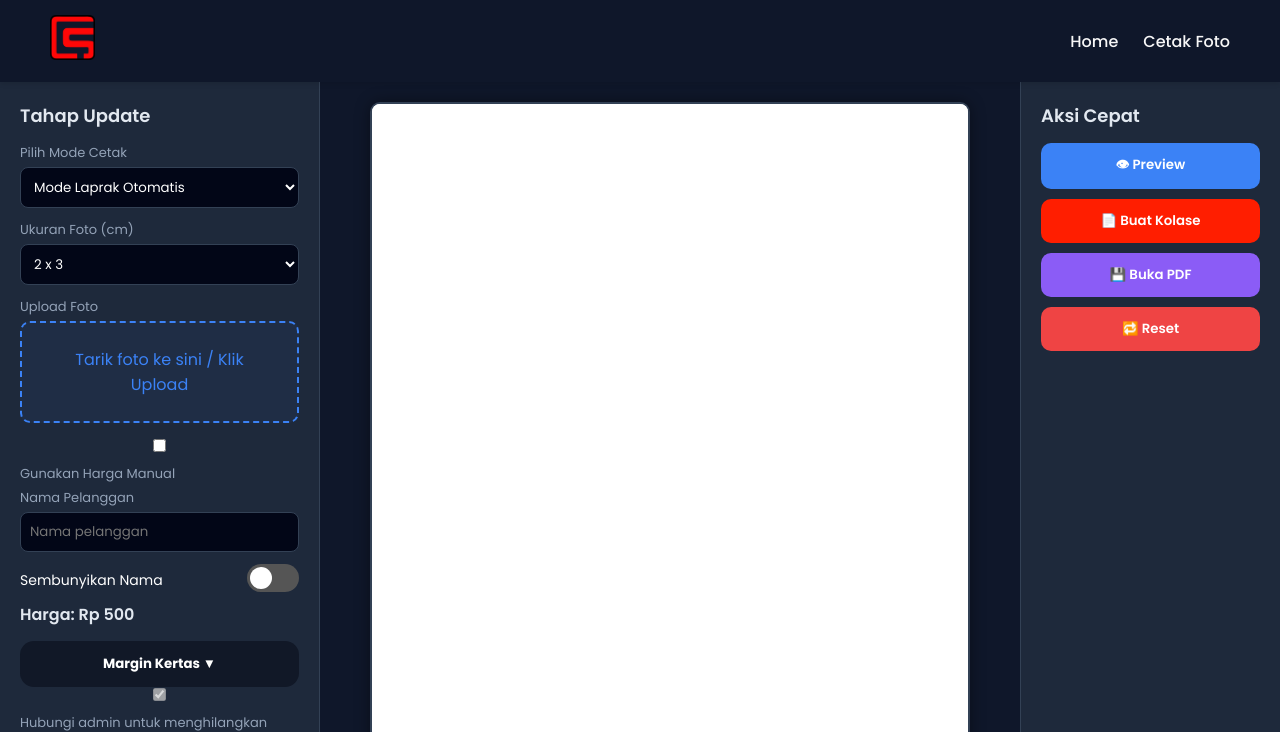
Repository: procinema22/hiisedulurfc
Page: cetakfoto.html
The author's editor kept a copy of each file at every save. The page is drawn from the files as they stood at one save, then again after the next save.
The browser window is 1280 px wide. The pictures show the whole page.
An inner scrolling area shows only its first screen.

Above is the page before, as saved 2026-04-29 09:42:26.

After the next save:
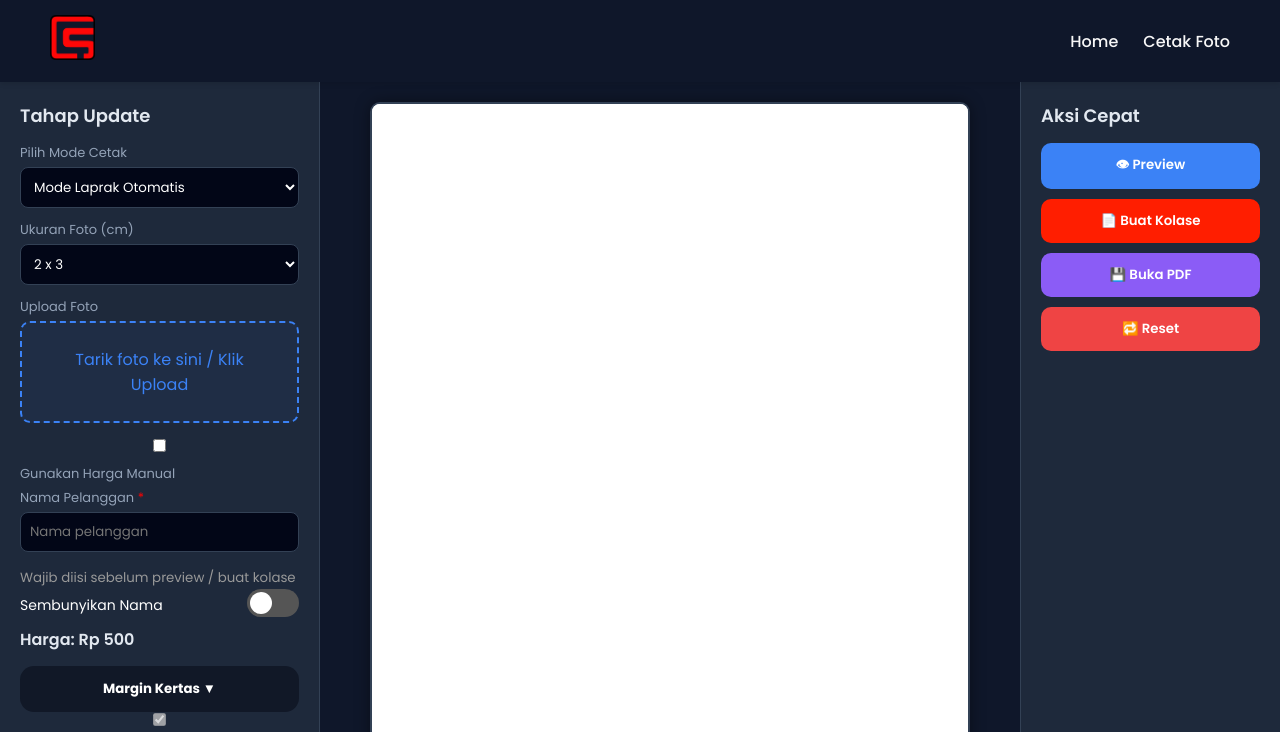
Saved 26 s later.
--- a/cetakfoto.html
+++ b/cetakfoto.html
@@ -70,8 +70,10 @@
   <input id="manualHargaInput" type="number" value="500" min="500" step="500">
 </div>
 
-<label>Nama Pelanggan</label>
-<input id="userName" type="text" placeholder="Nama pelanggan">
+<!-- GANTI input nama lama -->
+<label>Nama Pelanggan <span style="color:red;">*</span></label>
+<input id="userName" type="text" placeholder="Nama pelanggan" required>
+<small style="color:#999;">Wajib diisi sebelum preview / buat kolase</small>
 
 
 <div class="switch-wrap">
